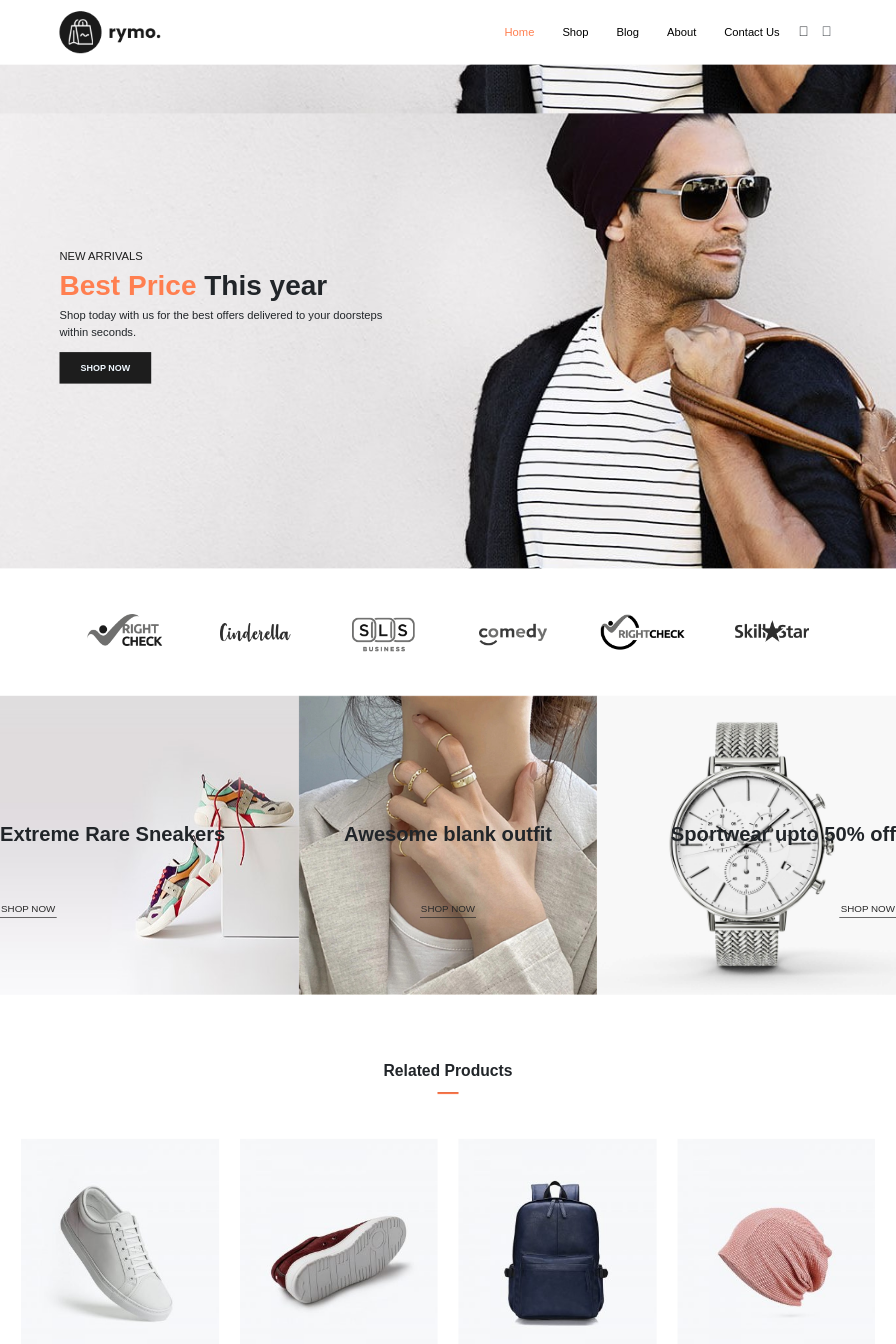
Repository: peter417waweru/e-commerce-UI
Page: index.html
The author's editor kept a copy of each file at every save. The page is drawn from the files as they stood at one save, then again after the next save.
The browser window is 1280 px wide. The pictures show the part of the page from y = 0 to 1920 px (the page is 5466 px tall before and 5374 px after), at 70% of full size.
Backgrounds fixed to the window are drawn as part of the page. Some web libraries are served in a nearby version.

Above is the page before, as saved 2025-02-13 14:29:39.
Console error: TypeError: Cannot set properties of undefined (setting 'onclick')

After the next save:
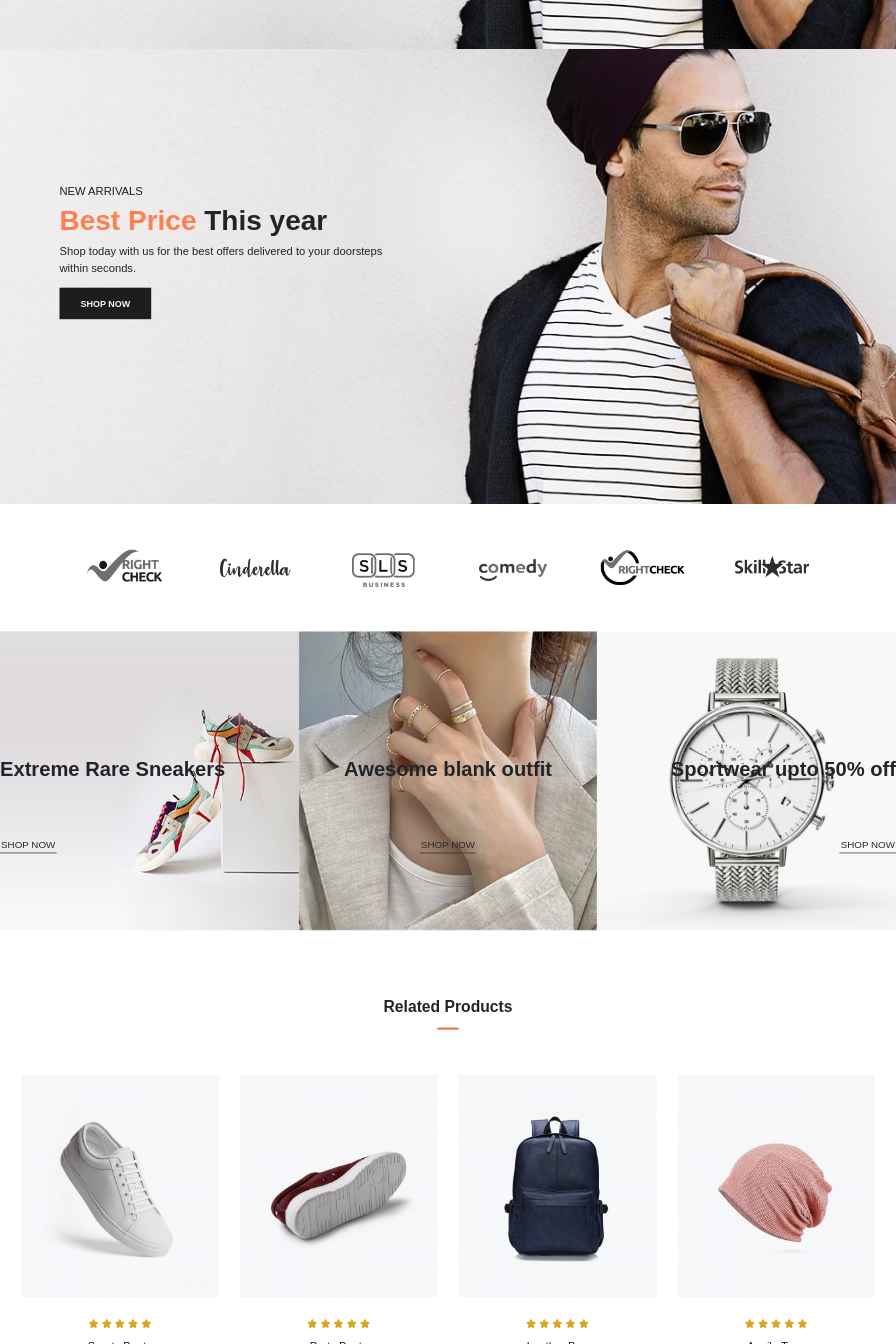
Saved 113 s later.
--- a/index.html
+++ b/index.html
@@ -10,7 +10,7 @@
         <link rel="stylesheet" href="https://cdn.jsdelivr.net/npm/bootstrap@4.1.3/dist/css/bootstrap.min.css"
          integrity="sha384-MCw98/SFnGE8fJT3GXwEOngsV7Zt27NXFoaoApmYm81iuXoPkFOJwJ8ERdknLPMO" crossorigin="anonymous">
 
-        <link rel="stylesheet" href="https://pro.fontawesome.com/releases/v5.10.0/css/all.css" />
+         <link rel="stylesheet" href="https://cdnjs.cloudflare.com/ajax/libs/font-awesome/6.4.2/css/all.min.css">
 
         <link rel="stylesheet" href="./style.css">
     </head>
@@ -18,41 +18,7 @@
     <body>
 
 
-      <nav class="navbar navbar-expand-lg navbar-light bg-white py-3 fixed-top">
-        <div class="container">
-          <img src="img/logo1.png" alt="">
-          <button class="navbar-toggler" type="button" data-bs-toggle="collapse" data-bs-target="#navbarSupportedContent"
-          aria-controls="navbarSupportedContent" aria-expanded="false" aria-label="Toggle navigation">
-            <span><i id="bar" class="fas fa-bars"></i></span>
-          </button>
-          <div class="collapse navbar-collapse" id="navbarSupportedContent">
-            <ul class="navbar-nav ml-auto">
-              <li class="nav-item">
-                <a class="nav-link active" aria-current="page" href="./index.html">Home</a>
-              </li>
-              <li class="nav-item">
-                <a class="nav-link" aria-current="page" href="./shop.html">Shop</a>
-              </li>
-              <li class="nav-item">
-                <a class="nav-link" aria-current="page" href="./blog.html">Blog</a>
-              </li>
-              <li class="nav-item">
-                <a class="nav-link" aria-current="page" href="./about.html">About</a>
-              </li>
-              <li class="nav-item">
-                <a class="nav-link" aria-current="page" href="./contact.html">Contact Us</a>
-              </li>
-              <li class="nav-item">
-                <i class="fal fa-search"></i>
-                <a class="text-dark" href="./cart.html"><i class="fal fa-shopping-bag"></i></a>
-              </li>
-
-
-            </ul>
-
-          </div>
-        </div>
-      </nav>
+
 
 
       <section id="home">
